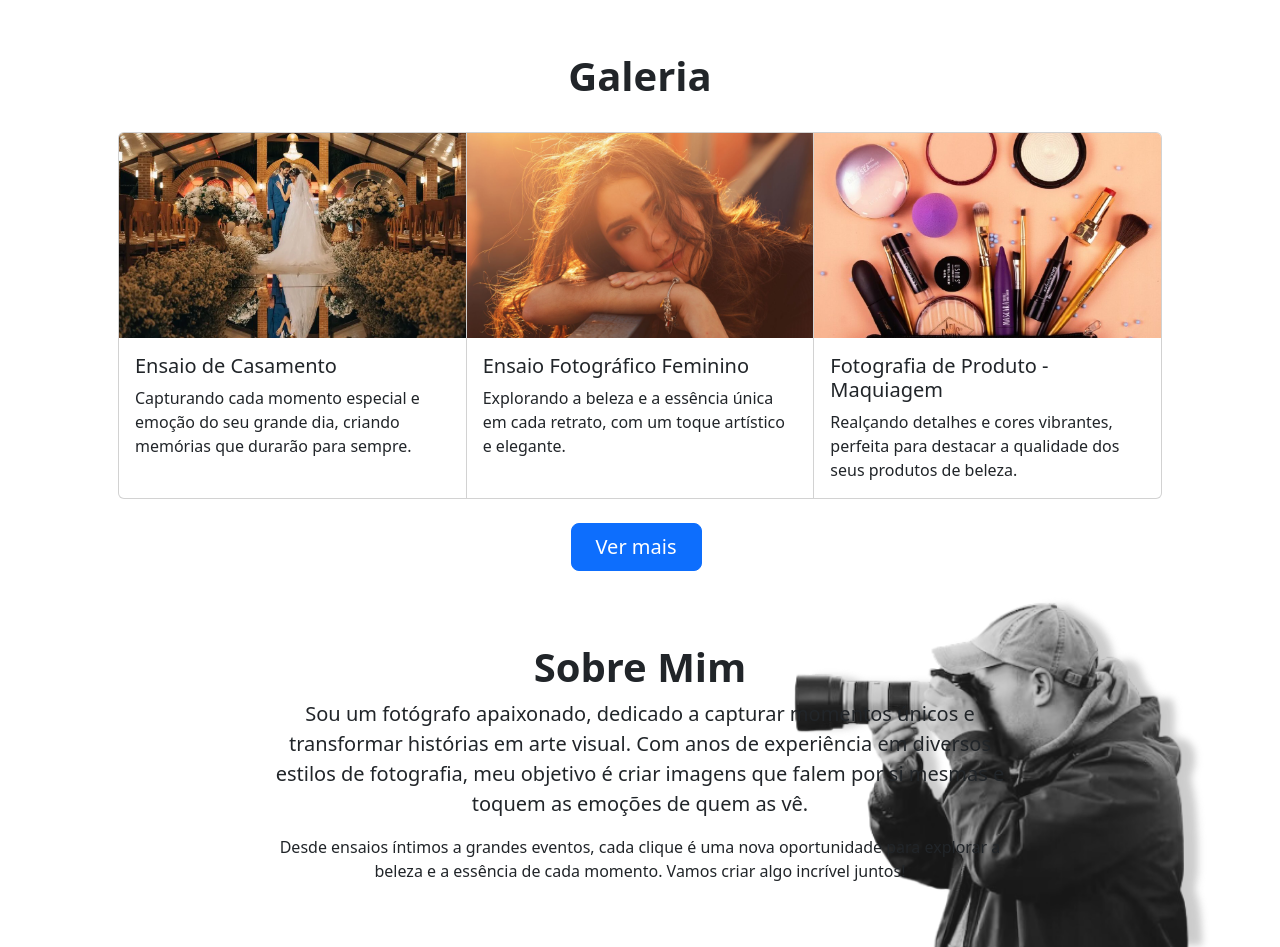
Repository: Marinalr-25/portifolio-fotografia
Page: index.html
An editor plug-in stored every save of this project. The page is shown before and after the next save, followed by the edit.
The browser window is 1280 px wide. The pictures show the part of the page from y = 556 to 1503 px (the page is 1503 px tall).
A picture or video elsewhere on the page could not be fetched, so the positions and the page height are approximate.

Above is the page before, as saved 2025-01-19 17:37:04.

After the next save:
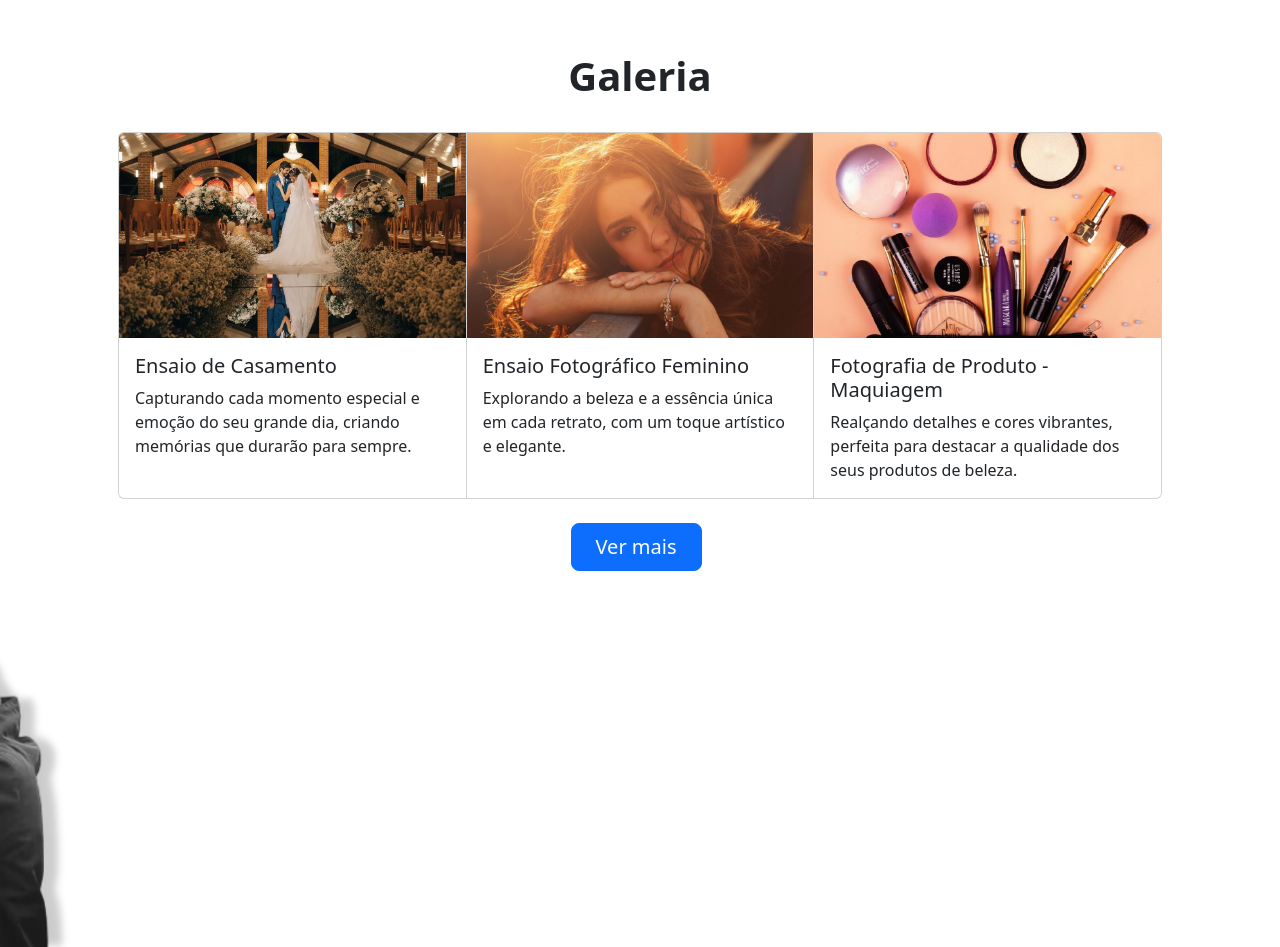
Saved 31 s later.
--- a/css/style.css
+++ b/css/style.css
@@ -110,4 +110,5 @@
   background-repeat: no-repeat;
   background-size: contain;
   z-index: -1;
+  transform: translateX(-100%);
 }

After the 3 saves that followed:
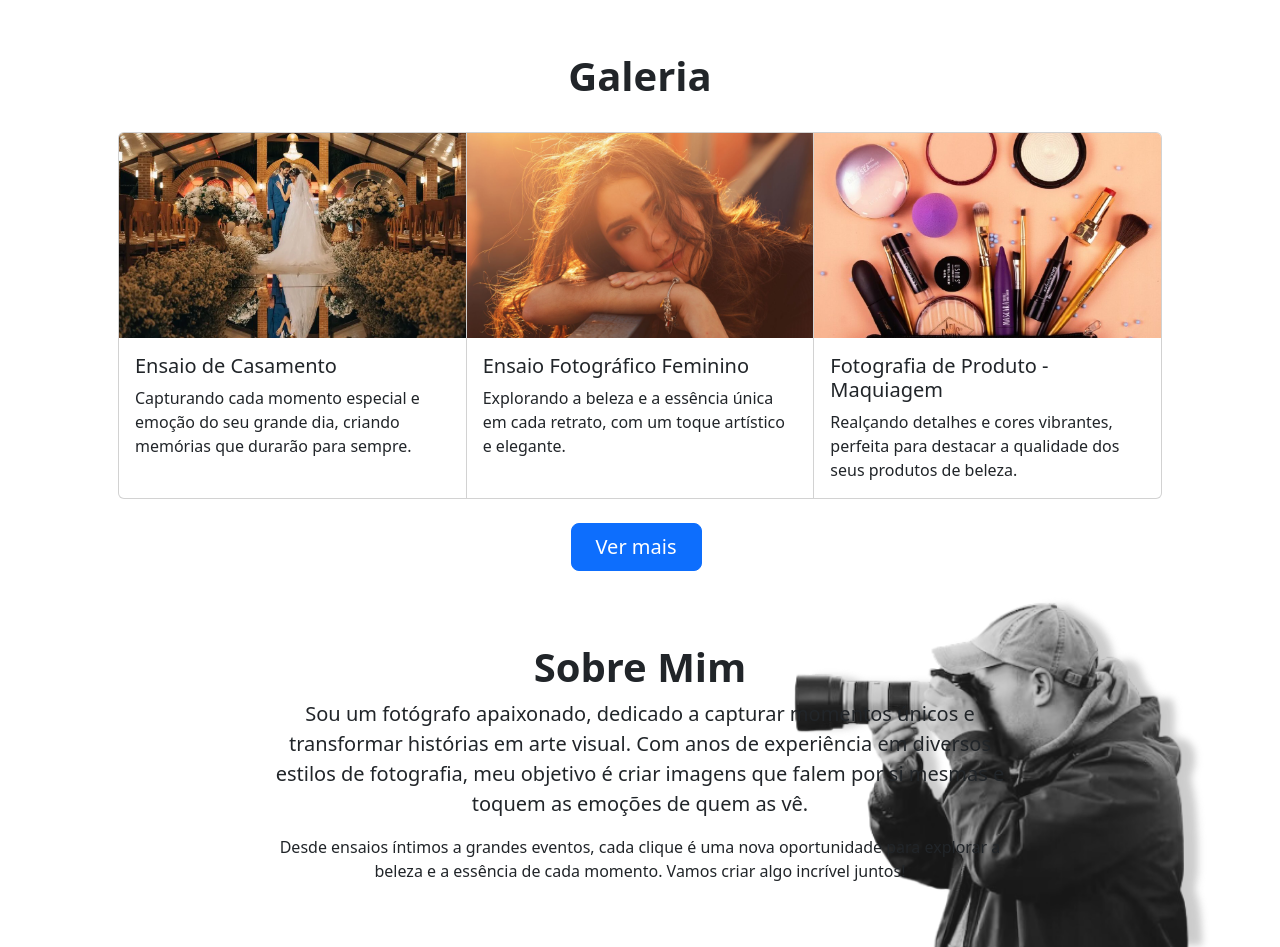
The 3 saves are shown as one change because they came seconds apart.
The last was saved 10 s later.
--- a/css/style.css
+++ b/css/style.css
@@ -110,5 +110,4 @@
   background-repeat: no-repeat;
   background-size: contain;
   z-index: -1;
-  transform: translateX(-100%);
 }
